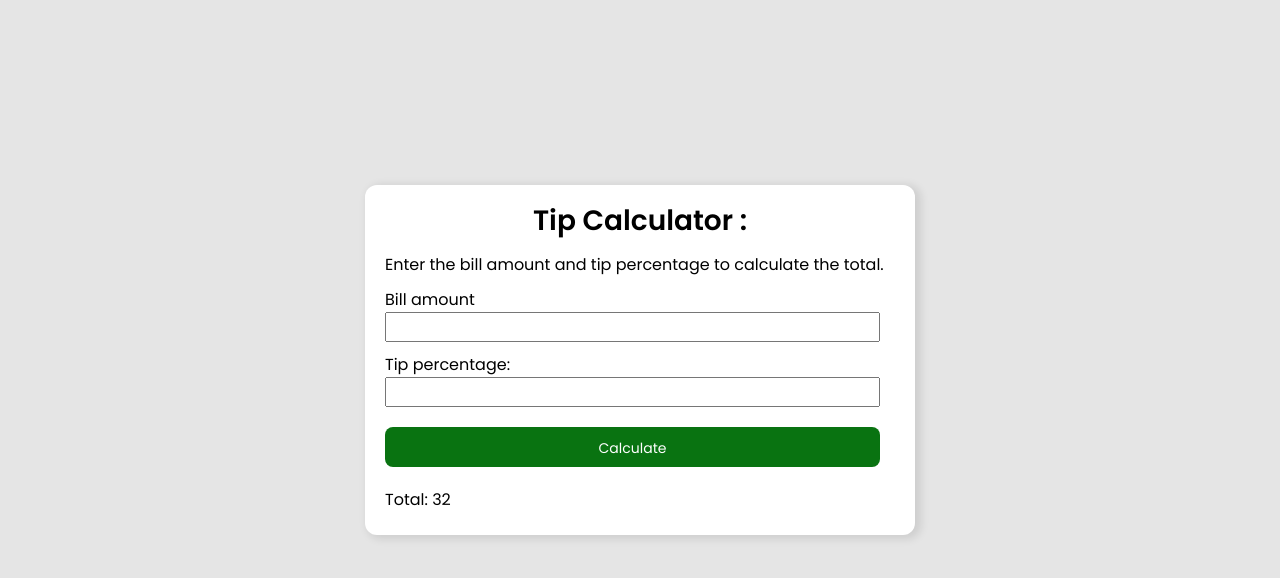
Repository: Ankitkr2021/Tip-Calculator
Page: index.html
The author's editor kept a copy of each file at every save. The page is drawn from the files as they stood at one save, then again after the next save.
The browser window is 1280 px wide. The pictures show the whole page.
The first visible `button` is being pressed.

Above is the page before, as saved 2025-10-27 11:02:35.

### index.html
<!DOCTYPE html>
<html lang="en">
<head>
    <meta charset="UTF-8">
    <meta name="viewport" content="width=device-width, initial-scale=1.0">
    <title>Tip Calculator</title>
    <link rel="stylesheet" href="./style.css">
</head>
<body>
    <div class="box">
        <h2>Tip Calculator :</h2>
        <p>Enter the bill amount and tip percentage to calculate the total.</p>
        <p>Bill amount</p>
        <input type="number">
        <p>Tip percentage:</p>
        <input type="number">
        <button>Calculate</button>
        <p>Total: <span>32</span></p>
    </div>
</body>
</html>

### style.css
@import url('https://fonts.googleapis.com/css2?family=Poppins:wght@300;400;500;600;700&display=swap');

*{
    margin: 0;
    padding: 0;
    box-sizing: border-box;
    font-family: "Poppins",sans-serif;
}

body {
    height: 100vh;
    width: 100%;
    display: flex;
    align-items: center;
    justify-content: center;
    background: rgba(0,0,0,0.1);
}

.box {
    background: #fff;
    height: 350px;
    width: 550px;
    box-shadow: 4px 2px 8px 2px rgba(0,0,0,0.1);
    border-radius: 12px;
}

h2{
    text-align: center;
    padding: 15px 0 0 0;
    font-size: 28px;
    font-weight: 600;
}

p{
    padding: 10px 10px 0 10px ;
    margin-left: 10px;

}

input {
    width: 90%;
    height: 30px;
    margin-left: 20px;
    font-size: 18px;
    padding: 8px;
}

button {
    padding: 3px 0 0 0;
    width: 90%;
    margin: 20px;
    height: 40px;
    background: rgb(11, 135, 19);
    border: none;
    color: #fff;
    font-size: 14px;
    border-radius: 8px;
    cursor: pointer;
    transition:all 0.2s ease-in-out;
}

button:active{
    transform: scale(1);
    background: rgb(9,115,17);
}

p:nth-last-child(1) {
    padding: 0 10px;
}

After the next save:
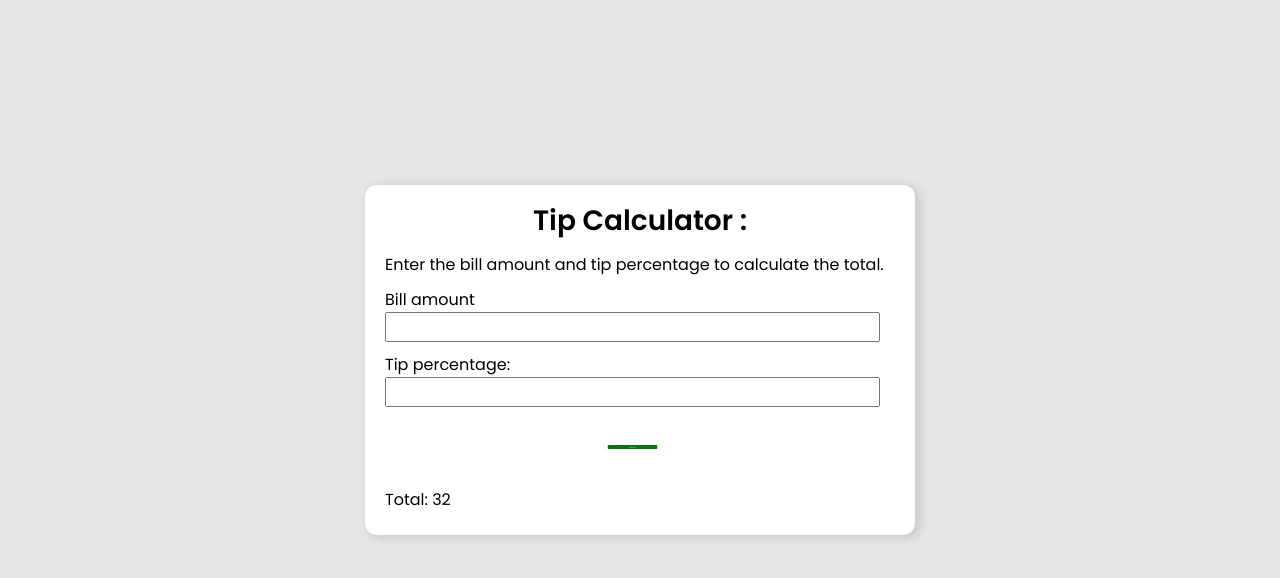
Saved 7 s later.
--- a/style.css
+++ b/style.css
@@ -60,7 +60,7 @@ button {
 }
 
 button:active{
-    transform: scale(1);
+    transform: scale(0.1);
     background: rgb(9,115,17);
 }
 
